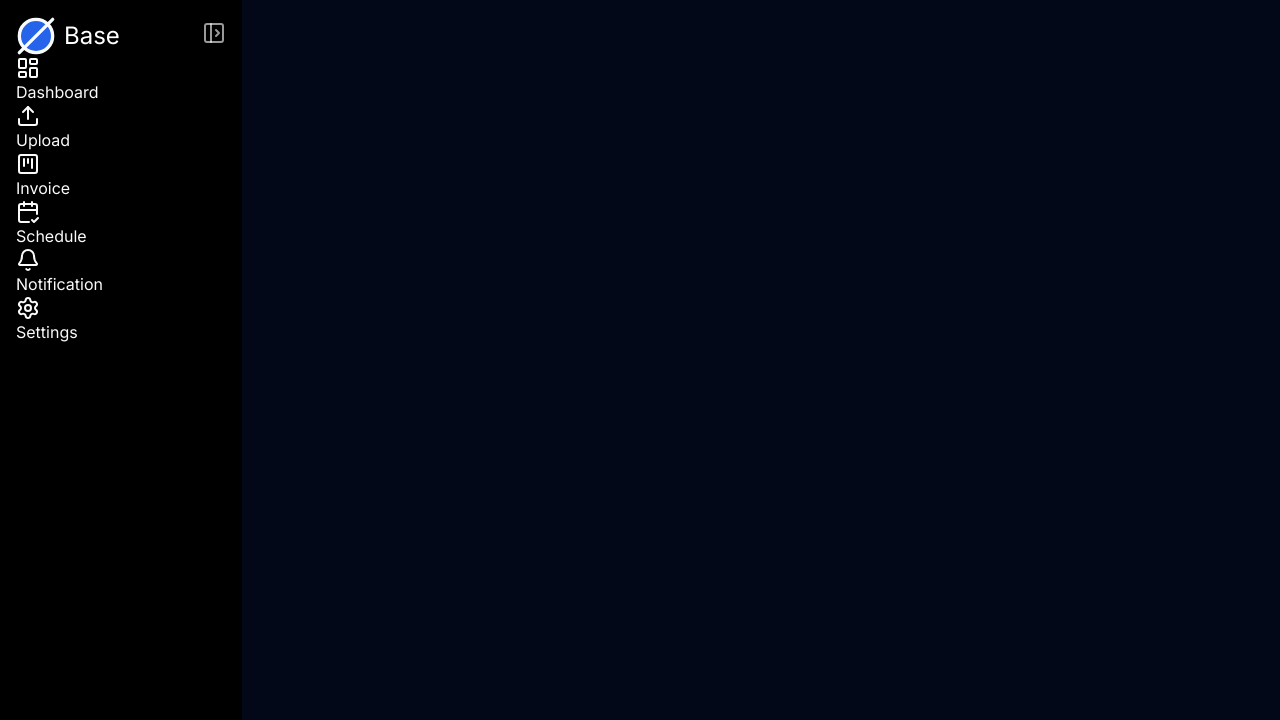
Repository: Hardyy00/openinapp_assignment
Page: /upload
An editor plug-in stored every save of this project. The page is shown before and after the next save, followed by the edit.
The browser window is 1280 px wide. The pictures show the whole page.
The project was rebuilt for these pictures with package versions that can differ from the ones it lists, and the page was loaded fresh each time. The framework's server and built-in components were replaced by stand-ins that run in the browser. Also part of the build but not shown: next.config.mjs.

Above is the page before, as saved 2024-08-23 21:18:41.

### app/layout.tsx
import type { Metadata } from "next";
import { Inter } from "next/font/google";
import "./globals.css";
import { ThemeProvider } from "@/components/theme-provider";
import { Switcher } from "./_components/switcher";

const inter = Inter({ subsets: ["latin"] });

export const metadata: Metadata = {
  title: "Create Next App",
  description: "Generated by create next app",
};

export default function RootLayout({
  children,
}: Readonly<{
  children: React.ReactNode;
}>) {
  return (
    <html lang="en">
      <body className={inter.className}>
        <ThemeProvider
          attribute="class"
          defaultTheme="system"
          storageKey="base"
        >
          <Switcher />
          {children}
        </ThemeProvider>
      </body>
    </html>
  );
}

### app/(browse)/layout.tsx
import { Sidebar } from "./_components";

export default function Layout({
  children,
}: Readonly<{ children: React.ReactNode }>) {
  return (
    <div className="w-full h-full flex">
      <Sidebar />
    </div>
  );
}

### app/(browse)/upload/page.tsx
import { auth } from "@/auth";

export default async function Page() {
  const session = await auth();
  return <div>{JSON.stringify(session)}</div>;
}

### app/globals.css
@tailwind base;
@tailwind components;
@tailwind utilities;

html,
body,
:root {
  height: 100%;
}

::-webkit-scrollbar {
  display: none;
}

@layer base {
  :root {
    --background: 0 0% 100%;
    --foreground: 222.2 84% 4.9%;
    --card: 0 0% 100%;
    --card-foreground: 222.2 84% 4.9%;
    --popover: 0 0% 100%;
    --popover-foreground: 222.2 84% 4.9%;
    --primary: 222.2 47.4% 11.2%;
    --primary-foreground: 210 40% 98%;
    --secondary: 210 40% 96.1%;
    --secondary-foreground: 222.2 47.4% 11.2%;
    --muted: 210 40% 96.1%;
    --muted-foreground: 215.4 16.3% 46.9%;
    --accent: 210 40% 96.1%;
    --accent-foreground: 222.2 47.4% 11.2%;
    --destructive: 0 84.2% 60.2%;
    --destructive-foreground: 210 40% 98%;
    --border: 214.3 31.8% 91.4%;
    --input: 214.3 31.8% 91.4%;
    --ring: 222.2 84% 4.9%;
    --radius: 0.5rem;
    --chart-1: 12 76% 61%;
    --chart-2: 173 58% 39%;
    --chart-3: 197 37% 24%;
    --chart-4: 43 74% 66%;
    --chart-5: 27 87% 67%;
    --back: 270 8% 95%;
  }

  .dark {
    --background: 222.2 84% 4.9%;
    --foreground: 210 40% 98%;
    --card: 222.2 84% 4.9%;
    --card-foreground: 210 40% 98%;
    --popover: 222.2 84% 4.9%;
    --popover-foreground: 210 40% 98%;
    --primary: 210 40% 98%;
    --primary-foreground: 222.2 47.4% 11.2%;
    --secondary: 217.2 32.6% 17.5%;
    --secondary-foreground: 210 40% 98%;
    --muted: 217.2 32.6% 17.5%;
    --muted-foreground: 215 20.2% 65.1%;
    --accent: 217.2 32.6% 17.5%;
    --accent-foreground: 210 40% 98%;
    --destructive: 0 62.8% 30.6%;
    --destructive-foreground: 210 40% 98%;
    --border: 217.2 32.6% 17.5%;
    --input: 217.2 32.6% 17.5%;
    --ring: 212.7 26.8% 83.9%;
    --chart-1: 220 70% 50%;
    --chart-2: 160 60% 45%;
    --chart-3: 30 80% 55%;
    --chart-4: 280 65% 60%;
    --chart-5: 340 75% 55%;
    --back: 213 20% 30%;
  }
}

@layer base {
  * {
    @apply border-border;
  }
  body {
    @apply bg-background text-foreground;
  }
}

### app/_components/switcher.tsx
"use client";

import { useTheme } from "next-themes";
import { useEffect } from "react";
import { useMediaQuery } from "usehooks-ts";

export const Switcher: React.FC = () => {
  const { setTheme } = useTheme();
  const matches = useMediaQuery("(max-width:1024px)");

  useEffect(() => {
    if (matches) {
      setTheme("light");
    } else {
      setTheme("dark");
    }
  }, [matches, setTheme]);
  return null;
};

### app/(browse)/_components/index.tsx
import { NavList } from "./nav-list";
import { Toggle } from "./toggle";

export const Sidebar: React.FC = () => {
  return (
    <div className="h-full bg-black p-4 transition-all">
      <Toggle />

      <NavList />
    </div>
  );
};

### app/(browse)/_components/nav-list.tsx
import {
  Bell,
  CalendarCheck2,
  LayoutDashboard,
  Settings,
  SquareKanban,
  Upload,
} from "lucide-react";
import { NavItem } from "./nav-item";

export const NavList: React.FC = () => {
  const links = [
    { label: "Dashboard", path: "/dashboard", icon: LayoutDashboard },
    {
      label: "Upload",
      path: "/upload",
      icon: Upload,
    },

    {
      label: "Invoice",
      path: "/invoice",
      icon: SquareKanban,
    },

    { label: "Schedule", path: "/schedule", icon: CalendarCheck2 },

    { label: "Notification", path: "/notification", icon: Bell },

    { label: "Settings", path: "/settings", icon: Settings },
  ];
  return (
    <div>
      {links.map((item, i) => (
        <NavItem key={i} {...item} />
      ))}
    </div>
  );
};

### app/(browse)/_components/toggle.tsx
"use client";
import { Button } from "@/components/ui/button";
import { cn } from "@/lib/utils";
import { useSideBar } from "@/store/use-sidebar";
import { CircleSlash2, SidebarOpen } from "lucide-react";

export const Toggle = () => {
  const { collapse, onCollapse, onExpand } = useSideBar();

  const handleClick = () => {
    if (collapse) {
      onExpand();
    } else {
      onCollapse();
    }
  };
  return (
    <div
      className={cn(
        "w-[210px] flex items-center justify-between transition-all",
        collapse && "w-20"
      )}
    >
      <div className="flex items-center  space-x-2 ">
        <CircleSlash2 className="w-10 h-10 fill-blue-600 " />

        <h1 className={cn("text-white text-2xl", collapse && "hidden")}>
          Base
        </h1>
      </div>

      <div>
        <button onClick={handleClick}>
          <SidebarOpen className="stroke-white/60 hover:stroke-white transition-all" />
        </button>
      </div>
    </div>
  );
};

### app/(browse)/_components/nav-item.tsx
"use client";

import { cn } from "@/lib/utils";
import { useSideBar } from "@/store/use-sidebar";
import { LucideIcon } from "lucide-react";
import { usePathname } from "next/navigation";

interface NavItemProps {
  label: string;
  path: string;
  icon: LucideIcon;
}

export const NavItem: React.FC<NavItemProps> = ({
  icon: Icon,
  label,
  path,
}) => {
  const { collapse } = useSideBar();
  const pathName = usePathname();
  const isSame = pathName === path;

  return (
    <div className={cn("w-full")}>
      <Icon />

      <p className={cn("", isSame && "", collapse && "hidden")}>{label}</p>
    </div>
  );
};

### store/use-sidebar.ts
import { create } from "zustand";

interface Sidebar {
  collapse: boolean;

  onExpand: () => void;
  onCollapse: () => void;
}

export const useSideBar = create<Sidebar>((set) => ({
  collapse: false,
  onExpand: () => {
    set((state) => ({ collapse: false }));
  },
  onCollapse: () => {
    set((state) => ({ collapse: true }));
  },
}));

### tailwind.config.ts
import type { Config } from "tailwindcss";

const config = {
  darkMode: ["class"],
  content: [
    "./pages/**/*.{ts,tsx}",
    "./components/**/*.{ts,tsx}",
    "./app/**/*.{ts,tsx}",
    "./src/**/*.{ts,tsx}",
  ],
  prefix: "",
  theme: {
    container: {
      center: true,
      padding: "2rem",
      screens: {
        "2xl": "1400px",
      },
    },
    extend: {
      colors: {
        border: "hsl(var(--border))",
        input: "hsl(var(--input))",
        ring: "hsl(var(--ring))",
        background: "hsl(var(--background))",
        foreground: "hsl(var(--foreground))",
        primary: {
          DEFAULT: "hsl(var(--primary))",
          foreground: "hsl(var(--primary-foreground))",
        },
        secondary: {
          DEFAULT: "hsl(var(--secondary))",
          foreground: "hsl(var(--secondary-foreground))",
        },
        destructive: {
          DEFAULT: "hsl(var(--destructive))",
          foreground: "hsl(var(--destructive-foreground))",
        },
        muted: {
          DEFAULT: "hsl(var(--muted))",
          foreground: "hsl(var(--muted-foreground))",
        },
        accent: {
          DEFAULT: "hsl(var(--accent))",
          foreground: "hsl(var(--accent-foreground))",
        },
        popover: {
          DEFAULT: "hsl(var(--popover))",
          foreground: "hsl(var(--popover-foreground))",
        },
        card: {
          DEFAULT: "hsl(var(--card))",
          foreground: "hsl(var(--card-foreground))",
        },

        back: {
          DEFAULT: "hsl(var(--back))",
        },
      },
      borderRadius: {
        lg: "var(--radius)",
        md: "calc(var(--radius) - 2px)",
        sm: "calc(var(--radius) - 4px)",
      },
      keyframes: {
        "accordion-down": {
          from: { height: "0" },
          to: { height: "var(--radix-accordion-content-height)" },
        },
        "accordion-up": {
          from: { height: "var(--radix-accordion-content-height)" },
          to: { height: "0" },
        },
      },
      animation: {
        "accordion-down": "accordion-down 0.2s ease-out",
        "accordion-up": "accordion-up 0.2s ease-out",
      },
    },
  },
  plugins: [require("tailwindcss-animate")],
} satisfies Config;

export default config;

Loaded but not shown: components/theme-provider.tsx (common file); auth.ts (common file); lib/utils.ts (common file)

After the next save:
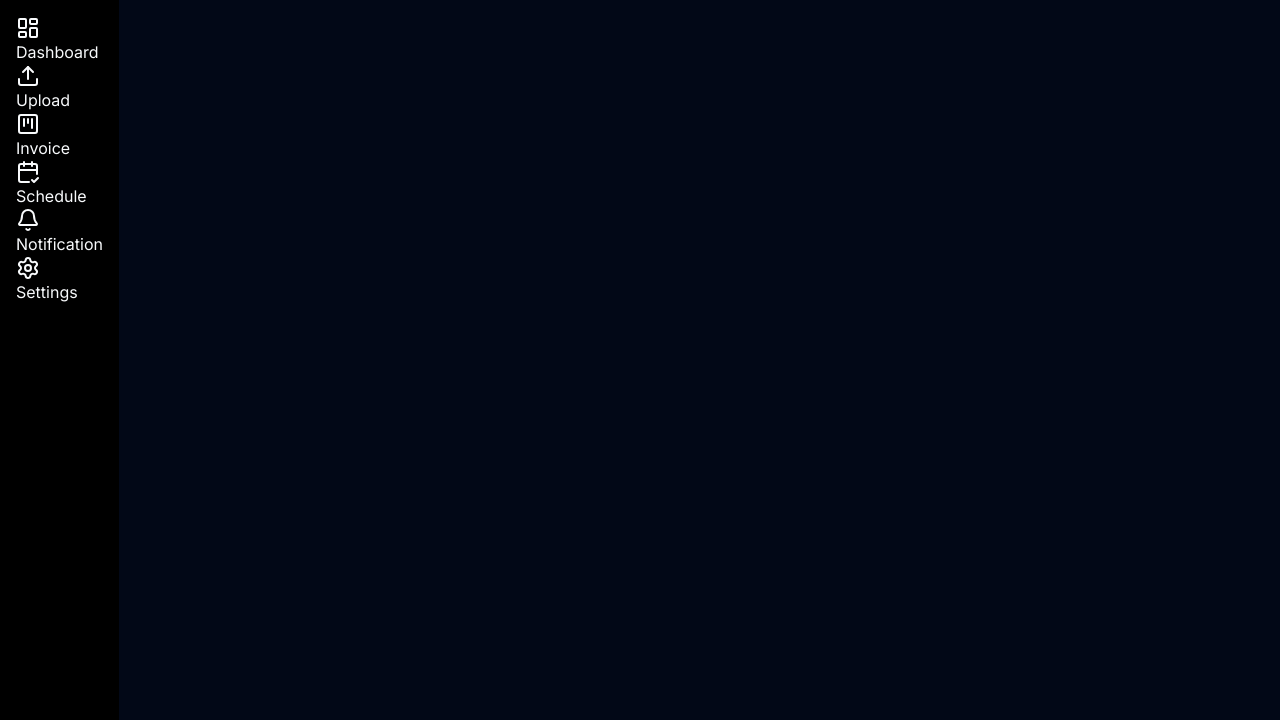
Saved 10 min 19 s later.
--- a/app/(browse)/_components/index.tsx
+++ b/app/(browse)/_components/index.tsx
@@ -4,7 +4,7 @@ import { Toggle } from "./toggle";
 export const Sidebar: React.FC = () => {
   return (
     <div className="h-full bg-black p-4 transition-all">
-      <Toggle />
+      {/* <Toggle /> */}
 
       <NavList />
     </div>
